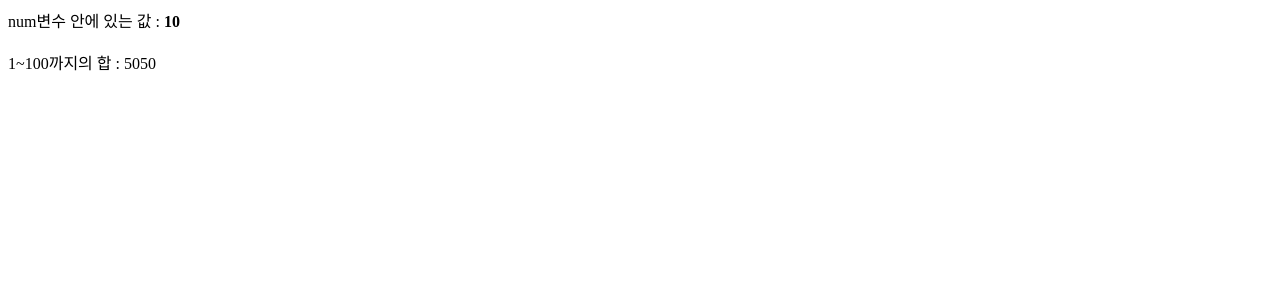
Repository: HeonchanKim/smhrd_jsp
Page: http://localhost/JSP/ex01.jsp
These files come from the project's save history. The page is drawn as it stood at one moment and after the next save; the edit follows.
The browser window is 1280 px wide. The pictures show the whole page.
The page is served by Tomcat 9.

Above is the page before, as saved 2022-01-28 05:40:47.

### JSP/src/main/webapp/ex01.jsp
<%@ page language="java" contentType="text/html; charset=EUC-KR"
    pageEncoding="EUC-KR"%>
<!DOCTYPE html>
<html>
<head>
<meta charset="EUC-KR">
<title>Insert title here</title>
</head>
<body>
	<% //스크립틀릿(Scriptlet) : JSP에서 Java코드를 구현할 수 있는 영역

		/*JSP(Java Server Page)
			응답하는 페이지를 쉽게 만들 수 있는 서버페이지(개발자를 위한 페이지)
		*/

		int num = 10;

	%>

	num변수 안에 있는 값 : <b><%= num %></b>
	<%-- 표현식(expression) : JSP내에서 변수나 메소드를 출력할 수 있는 영역 --%>


	<%
		//1~100까지의 합을 출력하시오
		int sum = 0;
		for(int i = 1;i <= 100;i++){
			sum += i;
		}

	%>
	<br><br>1~100까지의 합 : <%= sum %>




	<table>
		<tr>
		<%-- 아래에 있는 td태그를 10번 반복하시오 --%>
			<%
				String str = "";
				for(int i=0;i<10;i++){
					str += "<td></td>";
				}
			%>
			<%= str %>
			<td></td>

		</tr>
	</table>




















</body>
</html>

After the next save:
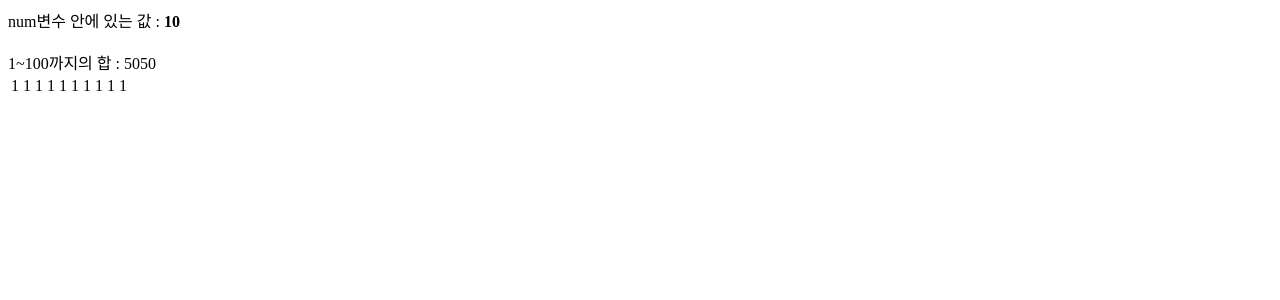
Saved 10 s later.
--- a/JSP/src/main/webapp/ex01.jsp
+++ b/JSP/src/main/webapp/ex01.jsp
@@ -40,7 +40,7 @@
 			<%
 				String str = "";
 				for(int i=0;i<10;i++){
-					str += "<td></td>";
+					str += "<td>1</td>";
 				}
 			%>
 			<%= str %>
